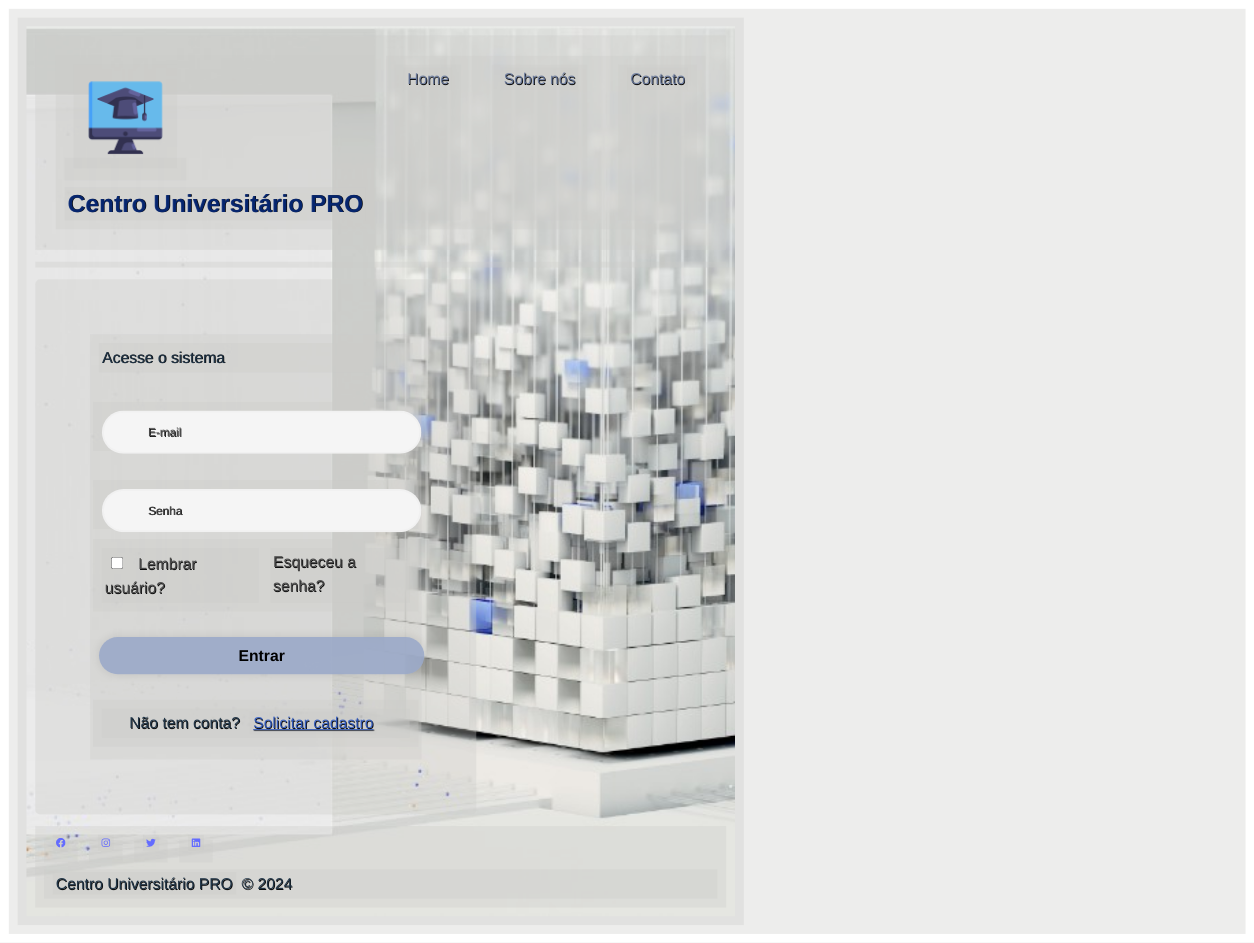
Repository: DanuziaRA/Cadastros-de-Usuarios
Page: /
These files come from the project's save history. The page is drawn as it stood at one moment and after the next save; the edit follows.
The browser window is 1280 px wide. The pictures show the whole page, at 98% of full size.
The project was rebuilt for these pictures with package versions that can differ from the ones it lists, and the page was loaded fresh each time. Also part of the build but not shown: vite.config.js, src/components/Footer.css, src/router/Contact.jsx, src/router/ErrorPage.jsx, src/router/ContactDetails.jsx, src/router/Company.jsx, src/router/Forget.jsx, src/router/Cadastro.jsx.

Above is the page before, as saved 2024-10-01 12:45:32.

### src/main.jsx
import { StrictMode } from 'react'
import { createRoot } from 'react-dom/client'
import App from './App.jsx'
import './index.css'

import {createBrowserRouter, RouterProvider,Navigate} from 'react-router-dom';

  import Contact from './router/Contact.jsx';
  import ErrorPage from './router/ErrorPage.jsx';
  import ContactDetails from './router/ContactDetails.jsx';
  import Login from './router/Login.jsx';
  import Company from './router/Company.jsx';
  import Forget from './router/Forget.jsx';
  import Cadastro from './router/Cadastro.jsx';


  const router = createBrowserRouter([
        {
      path: "/",
      element: <App/>,
      errorElement: <ErrorPage />,
      children: [
        {
          path: "/",
          element:<Login />,
        },
        {
          path: "empresa",
          element:<Company />,
        },
        {
          path: "contact",
          element:<Contact />,
        },
        //Nested routes - identificando unico
        {
          path: "/contact/:id",
          element: <ContactDetails />,
        },
        {
          path: "forget",
          element: <Forget />,
        },
        {
          path: "cadastro",
          element: <Cadastro />,
        },
        //Navigate para página não existentes
        {
          path: "oldcontact",
          element: <Navigate to="/contact" />,
        },
      ],
    },
    ]);


createRoot(document.getElementById('root')).render(
  <StrictMode>
    <RouterProvider router={router} />
    </StrictMode>,
);

### src/App.jsx
import './App.css'

import { Outlet } from 'react-router-dom';
import Navbar from './components/Navbar';
import Footer from './components/Footer'


function App() {
  return (
      <div className='App'>
        <Navbar />
        <h1></h1>
        <Outlet />
        <Footer />
    </div>
  );
}

export default App;

### src/router/Login.jsx
import { useState } from "react";

import "./Login.css";

const Login = () => {

const [username, setUsername] = useState("");
const [password, setpassword] = useState("");

const handleSubmit = (event) => {
event.preventDefault();

alert("Enviando os dados");

console.log("teste", username,password);
console.log("Envio");
};

    return (

    <div className="container">
        <form onSubmit={handleSubmit}>
            <p>Acesse o sistema</p>
            <div className="input-field">
            <input type="email"
            placeholder = "E-mail"
            required
            onChange={(e) => setUsername(e.target.value)}/>
            </div>
            <div className="input-field">
            <input type="password"
            placeholder = "Senha"
            required
            onChange={(e) => setpassword(e.target.value)}/>
            </div>

            <div className="recall-forget">
                <label>
                    <input type="checkbox" />
                    Lembrar usuário?
                    </label>
                <a href="/forget"> Esqueceu a senha?</a>
                </div>

            <button>Entrar</button>
            <div className="signup-link">
                <p>Não tem conta? <a href="contact/:id">Solicitar cadastro</a></p>
            </div>
        </form>
        </div>
    )
}

export default Login

### src/App.css
* {
  box-sizing: border-box;
  margin: 6px;
  padding: 3px;
  font-family: Helvetica;
  font-size: 16px;
  text-shadow: #0c0c0c 0.7px 0.7px;
  background-color:rgba(202, 201, 200, 0.342);
}
.App{
  display: flex;
  flex-direction: column;
  flex-grow: 1;
  justify-content: center;
  align-items: left;
  background-image: url("src/assets/fundo cadastro.jpg");
  background-size: cover;
  background-position: center;
  }

### src/components/Navbar.jsx
import { Link } from "react-router-dom"
import logo from './../assets/LOGO novo.png'
import { Component } from "react";
import './Navbar.css';


const Navbar = () => {
    return (
    <nav className="navbar">
        <div className="navbar-logo">
        <Link to="/">
            <img src={logo} alt=""/>
            </Link>
            <h1>Centro Universitário PRO</h1>
            </div>
            <ul className="navbar-links">
            <li><a href="/">Home</a></li>
            <li><a href="/Company">Sobre nós</a></li>
            <li><a href= "/Contact">Contato</a></li>
            </ul>
    </nav>
    )
}

export default Navbar

### src/components/Footer.jsx
import { FaFacebook, FaInstagram,FaTwitter,FaLinkedin } from "react-icons/fa"
import { Link } from "react-router-dom";
import './Footer.css';

function Footer(){
    return (
        <nav>
            <Link to="https://www.facebook.com/?locale=pt_BR">
            < FaFacebook alt=""/>
            </Link>
            <Link to="https://www.instagram.com/">
            < FaInstagram alt=""/>
            </Link>
            <Link to="/">
            < FaTwitter alt=""/>
            </Link>
            <Link to="https://www.linkedin.com.br">
            < FaLinkedin alt=""/>
            </Link>
            <p><span>Centro Universitário PRO</span>&copy; 2024</p>
            </nav>


    );

}
export default Footer

### src/router/Login.css
.input-field input{
    width: 50%;
    height: 70%;
    background-color: #f5f5f5;
    outline: none;
    border: 2px solid rgba(224, 222, 222, 0.2);
    border-radius: 40px;
    font-size: 16px;
    color: #070000;
    padding: 10px 20px;
}
.input-field input::placeholder{
color: #494949;
}

.container .recall-forget{
display: left;
justify-content: space-between;
font-size: 15px;
margin: -px 0 20px;
}
.recall-forget label{
color: #494949;
}
.recall-forget input{
margin-right: 5px;
}
.recall-forget a, .signup-link p a{
color: #494949;
text-decoration: none;
}
.recall-forget a:hover, .signup-link p a{
text-decoration: underline;
}
.container button{
width: 23%;
height: 500%;
font-size: 16px;
padding: 10px 20px;
background-color:#9aa8c8e1;
border: none;
outline: none;
border-radius: 500px;
box-shadow: 0 0 10px rgba(0,0,0,0.1);
cursor: pointer;
font-weight: 600;
text-shadow: none;
}
.container .signup-link{
font-size: 15px;
text-align: left;
margin: 20px 0 10px;
}
.signup-link p a{
color:#2d5ac4e1;
}

### src/router/Cadastro.css
.container{
    width: 450px;
    border: 10px sold rgba (247,247,247, 0.40);
    padding: 50px;
    border-radius: 5px;
}

.container h1{
    text-align: left;
    font-size: 23px;
    color: #4d77dbe1;
    }
    .container h2{
        text-align: left;
        font-size: 18px;
        color: #111112e1;
        }
.container .input-field{
    position: relative;
    width: 100%;
    height: 50px;
    margin: 30px auto;
}
    .input-field input{
        width: 100%;
        height: 100%;
        background-color: #f5f5f5;
        outline: none;
        border: 2px solid rgba(224, 222, 222, 0.2);
        border-radius: 40px;
        font-size: 12px;
        color: #070000;
        padding: 20px 45px;
    }
.input-field input::placeholder{
    color: #494949;
}
.input-field .icon{
    position: absolute;
    right: 25px;
    top: 50%;
    transform: translateY(-50%);
    font-size: 18px;
    color: #494949;
}
.container .recall-forget{
    display: flex;
    justify-content: space-between;
    font-size: 15px;
    margin: -20px 0 20px;
}
.recall-forget label{
    color: #494949;
}
.recall-forget input{
    margin-right: 15px;
}
.recall-forget a, .signup-link p a{
    color: #494949;
    text-decoration: none;
}
.recall-forget a:hover, .signup-link p a{
    text-decoration: underline;
}
.container button{
    width: 100%;
    height: 500%;
    font-size: 16px;
    padding: 10px 20px;
    background-color:#9aa8c8e1;
    border: none;
    outline: none;
    border-radius: 500px;
    box-shadow: 0 0 10px rgba(0,0,0,0.1);
    cursor: pointer;
    font-weight: 600;
    text-shadow: none;
}
.container .signup-link{
    font-size: 15px;
    text-align: center;
    margin: 20px 0 10px;
}
.signup-link p a{
    color:#2d5ac4e1;
}

### src/components/Navbar.css
.navbar{
    display: flex;
    justify-content: space-between;
    padding: 15px;
    align-items: left;
}
.navbar-logo h1{
    color: #06297ae1;
    font-size: 25px;
    align-items: center;


}
.navbar-links {
list-style-type: none;
display: flex;
gap: 20px;
align-items: left;

}
.navbar li{
    display: inline;
    }
.navbar-links li a {
    color: #67789ee1;
    text-decoration: none;
}
.navbar-links li a:hover{
    color:#ddd;
}

Loaded but not shown: index.html (common file); src/index.css (common file)

After the next save:
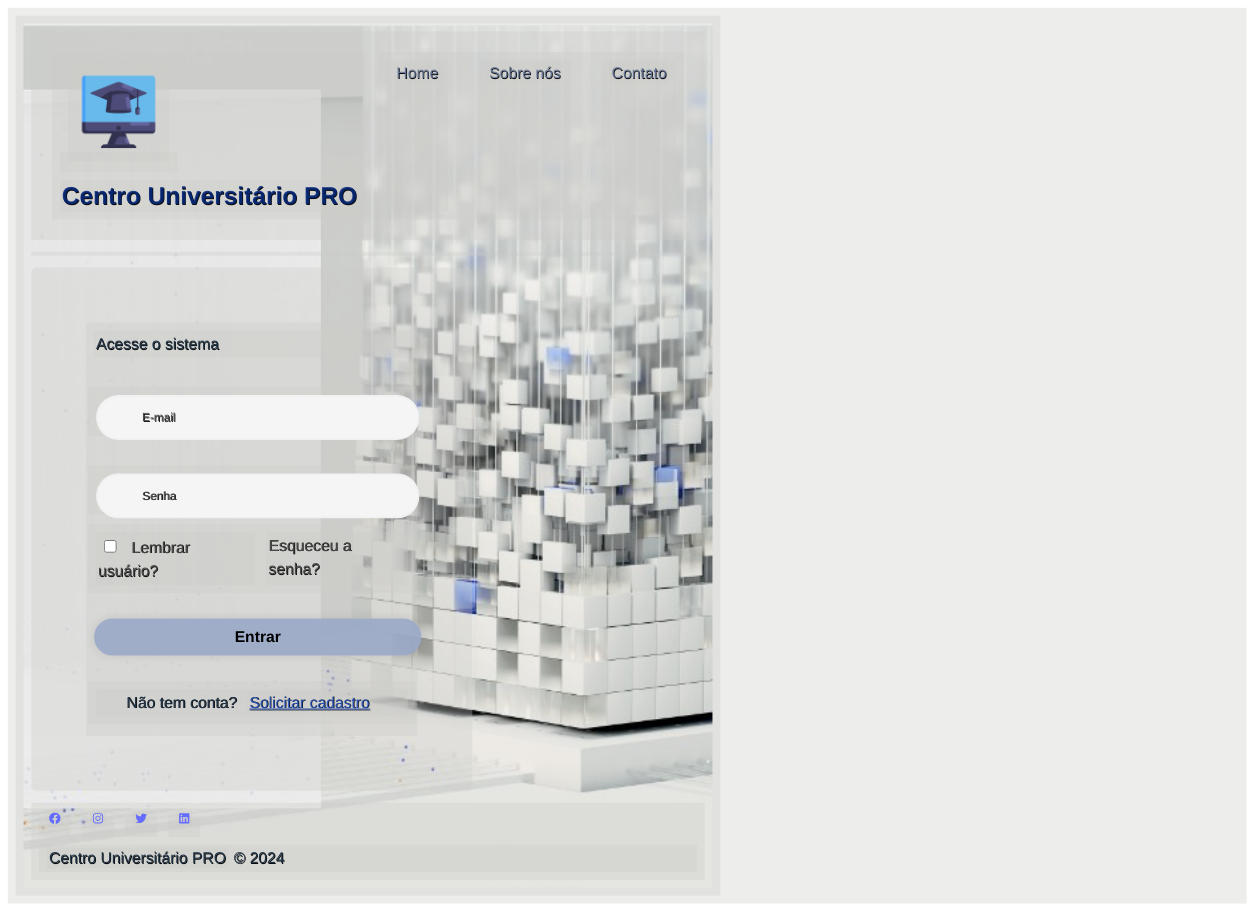
Saved 4 s later.
--- a/src/App.css
+++ b/src/App.css
@@ -1,7 +1,7 @@
 * {
   box-sizing: border-box;
   margin: 6px;
-  padding: 3px;
+  padding: 2px;
   font-family: Helvetica;
   font-size: 16px;
   text-shadow: #0c0c0c 0.7px 0.7px;
